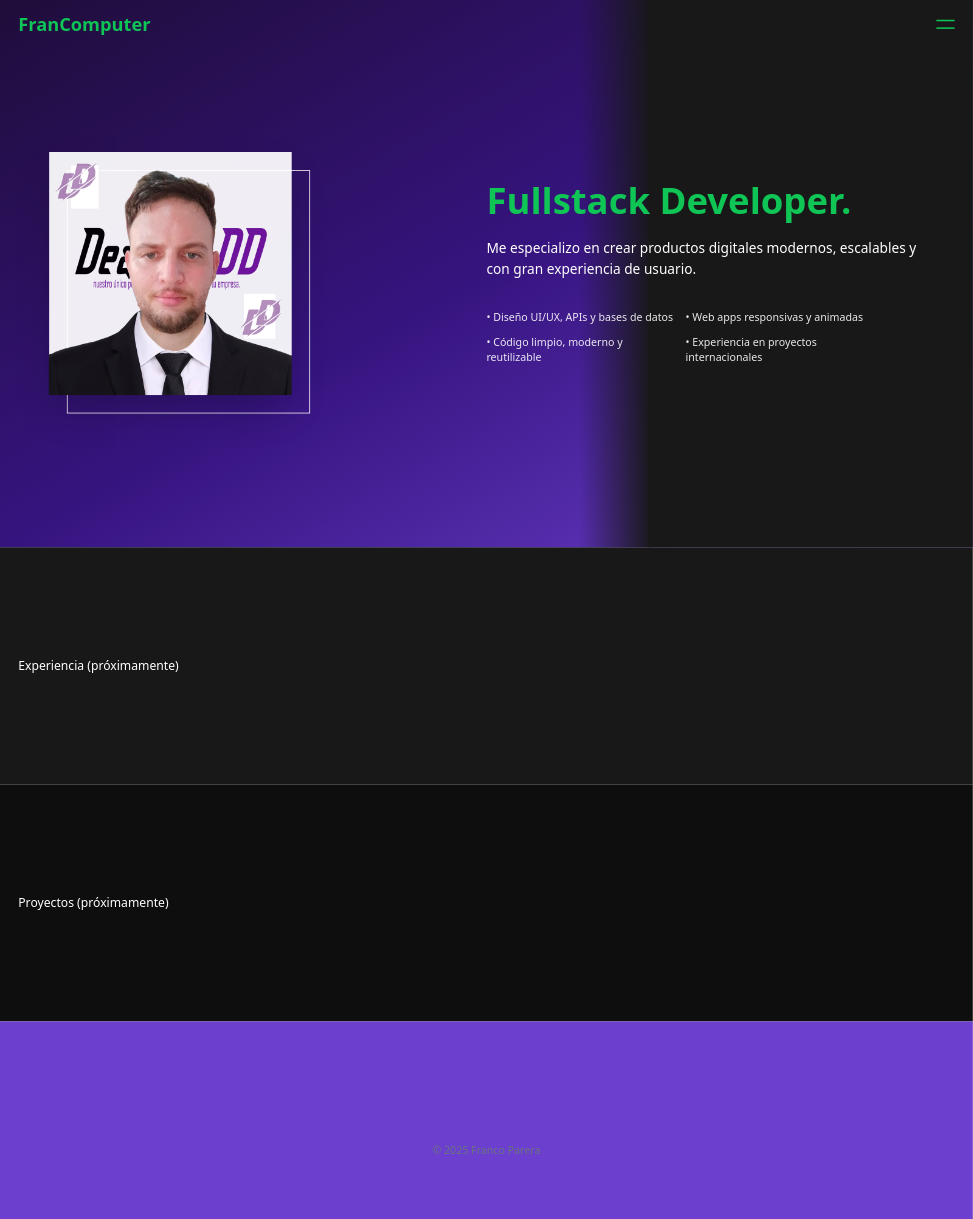
Repository: francoluca35/portfolio-franco-dev
Page: /
These files come from the project's save history. The page is drawn as it stood at one moment and after a run of saves; the edit follows.
The browser window is 1280 px wide. The pictures show the whole page, at 76% of full size.
The project was rebuilt for these pictures with package versions that can differ from the ones it lists, and the page was loaded fresh each time. The framework's server and built-in components were replaced by stand-ins that run in the browser. Also part of the build but not shown: next.config.js.

Above is the page before, as saved 2025-05-06 01:40:10.

After the next 2 saves:
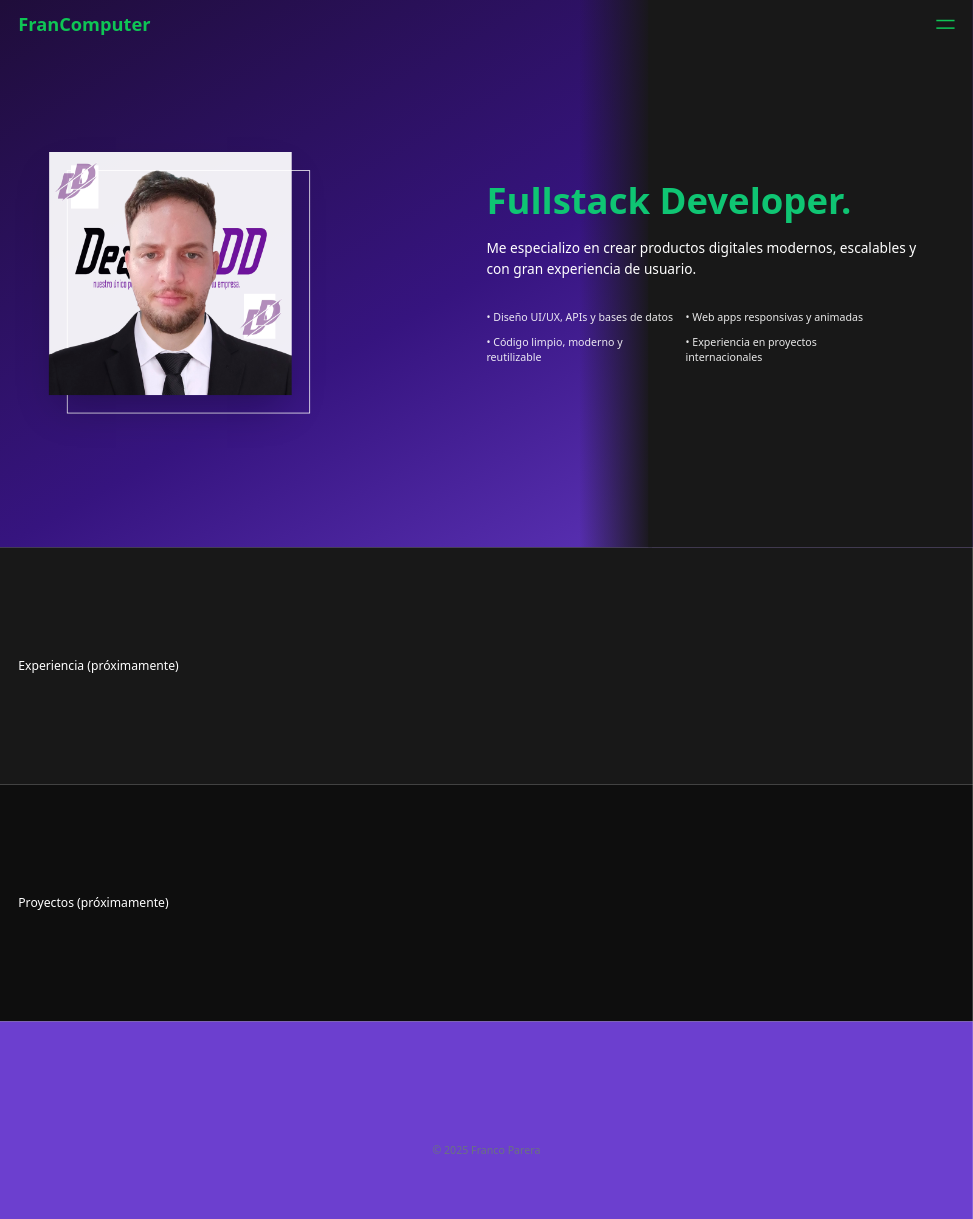
The 2 saves are shown as one change because they came seconds apart.
The last was saved 7 s later.
--- a/components/Hero.jsx
+++ b/components/Hero.jsx
@@ -41,7 +41,7 @@ export default function Hero() {
             initial={{ opacity: 0, y: 20 }}
             animate={{ opacity: 1, y: 0 }}
             transition={{ duration: 0.6 }}
-            className="text-4xl sm:text-5xl font-extrabold text-[#0fc555]"
+            className="text-4xl sm:text-5xl font-extrabold text-[#0fc573]"
           >
             Fullstack Developer.
           </motion.h1>
